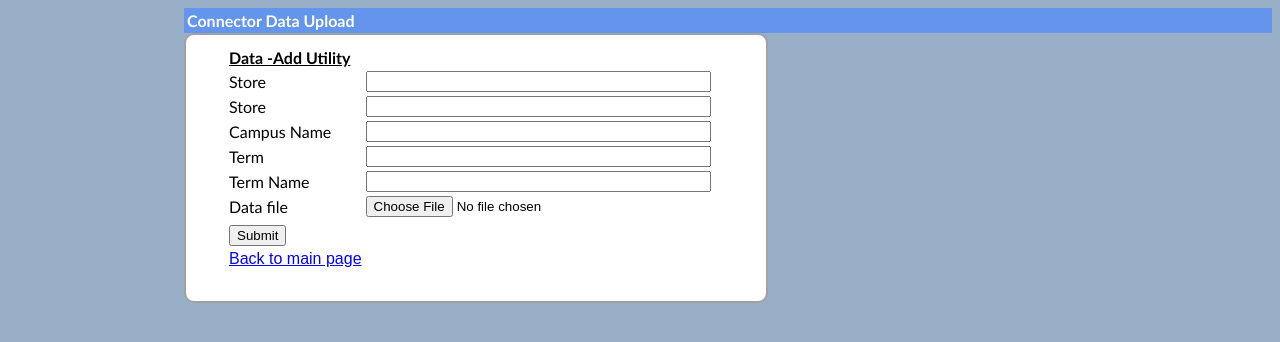
Repository: caditya/Dataupload
Page: http://localhost/connectordata/WEB-INF/views/datainput.jsp
The author's editor kept a copy of each file at every save. The page is drawn from the files as they stood at one save, then again after the next save.
The browser window is 1280 px wide. The pictures show the whole page.
Some web libraries are served in a nearby version. The page is served by Tomcat 9. Nobody is signed in. Other server files are loaded and not shown. The template is opened directly, without the code that normally fills it, so the values that code supplies are empty.

Above is the page before, as saved 2014-07-21 20:10:32.

### QAFileUpload/connectordata/src/main/webapp/WEB-INF/views/datainput.jsp
<%@ page language="java" contentType="text/html; charset=ISO-8859-1"
	pageEncoding="ISO-8859-1"%>
<html>
<head>

<%@taglib prefix="c" uri="http://java.sun.com/jsp/jstl/core"%>
<link href="<c:url value="/resources/css/coffee.css" />"
	rel="stylesheet">

<script src="//code.jquery.com/jquery-1.10.2.js"></script>
<script>
	$(document).ready(function() {
		$(function() {
		    $(document).keypress(function(event) {
		        var ch = String.fromCharCode(event.keyCode || event.charCode);
		        switch (ch) {
		            case 'c': case 'C':
		            	uploadFile();
		                break;
		        }
		    });
		});



		$("#submit-button").click(function() {
			$("#newaccountform").attr("action", "/it/createnewaccount");
			$("#newaccountform").attr("method", "post");
			$("#newaccountform").submit();
		});
		$("#startfile").click(function() {
			createstart();
		});



	});
</script>

<script>
function createstart(){
	alert('createstart');
	$.getJSON("/connector/startfile", { store: $('#store').val() }, function(startfile) {
		if (startfile.error== 'false') {
        	$("#placeholder_startfile").html(startfile);

        } else if (availability.error=='true'){
        	$("#placeholder_startfile").html("Cannot create file with this data");
        }
    });
}



	!function(d, s, id) {
		var js, fjs = d.getElementsByTagName(s)[0], p = /^http:/
				.test(d.location) ? 'http' : 'https';
		if (!d.getElementById(id)) {
			js = d.createElement(s);
			js.id = id;
			js.src = p + '://platform.twitter.com/widgets.js';
			fjs.parentNode.insertBefore(js, fjs);
		}
	}(document, 'script', 'twitter-wjs');
</script>
<title>Follett Apps</title>
<style>
.error {
	color: #ff0000;
}

</style>
</head>
<body>

	<%@ include file="shared/CoffeeHeader.jsp"%>
	<c:if test="${'Account Created' eq account_status}">
		<c:out value="Account Created1"></c:out>
	</c:if>

	 <div >
	<form:form method="POST" commandName="dataBlock" action="/connector/startfile" enctype="multipart/form-data">
		<form:errors path="*" cssClass="errorblock" element="div" />

	 <table>
		<tr>
				<td class='label' style="text-decoration: underline;font "><b>Data -Add Utility</b></td>

			</tr>
			<tr>
				<td class='label'>Store</td>
				<td> <form:input path="store"  size="40"/></td>
				<td><form:errors path="store" cssClass="error" /></td>
			</tr>
			<tr>
				<td class='label'>Store</td>
				<td><form:input path="campus"  size="40"/></td>
				<td><form:errors path="campus" cssClass="error"  /></td>
			</tr>

			<tr>
			<td class='label'>Campus Name</td>
				<td><form:input path="campusName" size="40"/></td>
				<td><form:errors path="campusName" cssClass="error" /></td>
			</tr>
			<tr>
				<td class='label'>Term</td>
				<td><form:input path="term" size="40"/></td>
				<td><form:errors path="term" cssClass="error" /></td>
			</tr>
			<tr>
				<td class='label'>Term Name</td>
				<td><form:input path="termName" size="40"/></td>
				<td><form:errors path="termName" cssClass="error" /></td>
			</tr>
			<tr>
				<td class='label'>Data file</td>

				<td>
				<input type="file" name="dataFile"/>
				</td>

			</tr>
			<tr>
			<td><input type='button' id='startfile' name='startfile'
				value='Generate Start File' hidden="true" /></td>
			</tr>
			<tr>
				<td colspan="3"><input type="submit" /></td>
			</tr>
			<tr>
		<td><a href="/connector/" class='font'>Back to main page</a></td>
		</tr>
		<tr>
			<td><p  class='font' id="placeholder_startfile"></p></td>
		</tr>

		</table>

	</form:form>
	</div>


</body>
</html>

### QAFileUpload/connectordata/src/main/webapp/WEB-INF/views/shared/CoffeeHeader.jsp
<%@ page language="java" contentType="text/html; charset=ISO-8859-1"
	pageEncoding="ISO-8859-1"%>
<%@ taglib prefix="c" uri="http://java.sun.com/jsp/jstl/core"%>
<%@ taglib prefix="fmt" uri="http://java.sun.com/jsp/jstl/fmt"%>
<%@ taglib prefix="form" uri="http://www.springframework.org/tags/form"%>
<%@ taglib prefix="sec"
	uri="http://www.springframework.org/security/tags"%>

<html>
<head>
<link rel="stylesheet" href="/coffee.css">
<link href="<c:url value="/resources/css/coffee.css" />"
	rel="stylesheet">
<title>Connector Header</title>
</head>
<body>
	<table class='table_header' >

		<tr>
			<td class="center" style="width: 80%;">
				<p class='pHeading'><b>Connector Data Upload</b></p>
			</td>
			<td class="center"  align="right"  "width: 15%">
			<sec:authorize access="authenticated">
					<p class='pHeading'>
						<sec:authentication property="name" />
			</td>
			<td class="center" style="width: 15%">
				<c:url var="logouturl" value="/j_spring_security_logout" />
				<a href="${logouturl}"> Log out</a>

			</td>
			</sec:authorize>
		</tr>
	</table>
</body>
</html>

### QAFileUpload/connectordata/src/main/webapp/resources/css/coffee.css
@CHARSET "UTF-8";
body {
  padding-left: 11em;
  font-family: Georgia, "Times New Roman",
        Times, serif;
  color: black;
  background-color: #98AFC7 }
ul.navbar {
  list-style-type: none;
  padding: 0;
  margin: 0;
  position: absolute;
  top: 2em;
  left: 1em;
  width: 9em }
h1 {
  font-family: Helvetica, Geneva, Arial,
        SunSans-Regular, sans-serif }
ul.navbar li {
  background: white;
  margin: 0.5em 0;
  padding: 0.3em;
  border-right: 1em solid black }
ul.navbar a {
  text-decoration: none }
a:link {
  color: blue }
a:visited {
  color: black }
address {
  margin-top: 1em;
  padding-top: 1em;
  border-top: thin dotted }

p.pHeading {
 	color: white;
 	background:#6495ED;
 }
 td.center {
    /* <http://www.w3.org/wiki/CSS/Properties/text-align>
     * left, right, center, justify, inherit
     */
    text-align: left;
    /* <http://www.w3.org/wiki/CSS/Properties/vertical-align>
     * baseline, sub, super, top, text-top, middle,
     * bottom, text-bottom, length, or a value in percentage
     */
    vertical-align: text-top;
    font-family: Calibri, Candara, Segoe, "Segoe UI", Optima, Arial, sans-serif;;
}
.font{
	font: caption;
}
.errorblock {
	font: caption;
	color: black;
	background-color: ;
	border: 3px solid #ff0000;
	padding: 8px;
	margin: 0px;
}
.table_header{
	width: 100%;
	background-color: #6495ED;
}
td {
	font: caption;
}
a {
	font: caption;
}

td.u{
	text-decoration:underline bold;
}
.modal {
    display:    none;
    position:   fixed;
    z-index:    1000;
    top:        0;
    left:       0;
    height:     100%;
    width:      100%;
    background: rgba( 255, 255, 255, .8 )
                url('http://i.stack.imgur.com/FhHRx.gif')
                50% 50%
                no-repeat;
}

/* When the body has the loading class, we turn
   the scrollbar off with overflow:hidden */
body.loading {
    overflow: hidden;
}

/* Anytime the body has the loading class, our
   modal element will be visible */
body.loading .modal {
    display: block;
}
.disabled {
   backgroundColor:black;
   color: darkgrey;
   background-color: grey;
   backgroundColor:black;
}


div {
    border: 2px solid #a1a1a1;
    padding: 10px 40px;
    background: white;
    width: 500px;
    border-radius: 10px;
}

td.label{
	font-family:calibri;
	font-size:16px;"
}

After the next save:
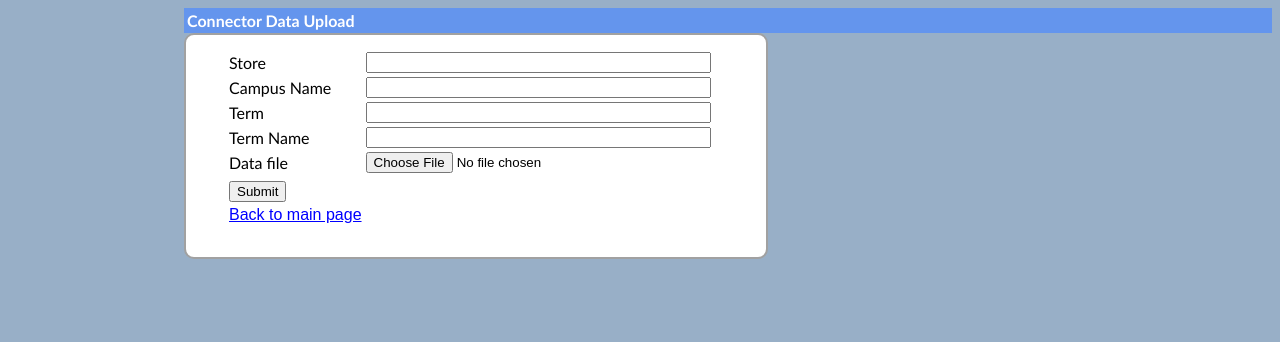
Saved 10 s later.
--- a/QAFileUpload/connectordata/src/main/webapp/WEB-INF/views/datainput.jsp
+++ b/QAFileUpload/connectordata/src/main/webapp/WEB-INF/views/datainput.jsp
@@ -84,7 +84,7 @@
 
 	 <table>
 		<tr>
-				<td class='label' style="text-decoration: underline;font "><b>Data -Add Utility</b></td>
+				<td class='label' style="text-decoration: underline><b>Data -Add Utility</b></td>
 
 			</tr>
 			<tr>

After the save that followed:
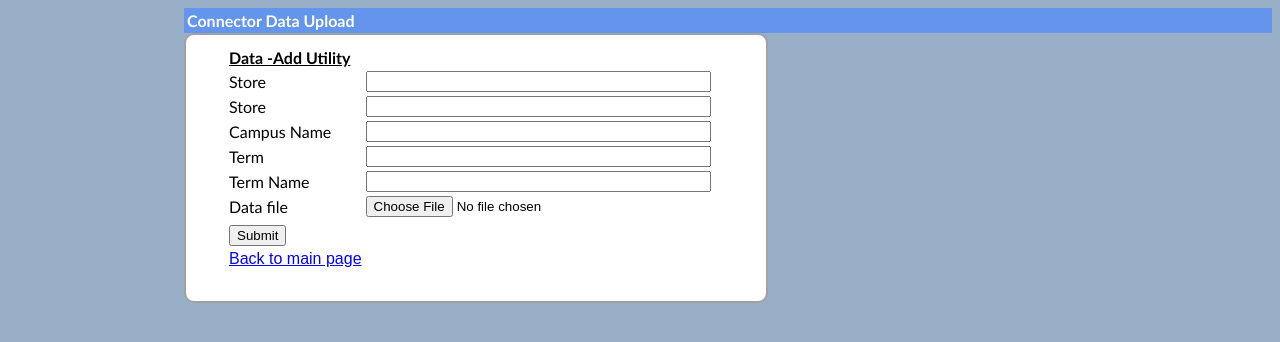
Saved 13 s later.
--- a/QAFileUpload/connectordata/src/main/webapp/WEB-INF/views/datainput.jsp
+++ b/QAFileUpload/connectordata/src/main/webapp/WEB-INF/views/datainput.jsp
@@ -84,7 +84,7 @@
 
 	 <table>
 		<tr>
-				<td class='label' style="text-decoration: underline><b>Data -Add Utility</b></td>
+				<td class='label' style="text-decoration:underline"><b>Data -Add Utility</b></td>
 
 			</tr>
 			<tr>
